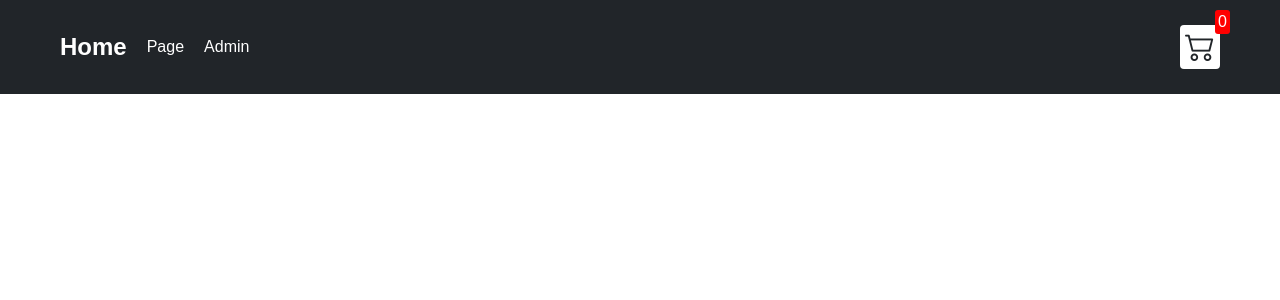
Repository: ducdatit2002/Capstone-management-product
Page: customer/views/index.html
The author's editor kept a copy of each file at every save. The page is drawn from the files as they stood at one save, then again after the next save.
The browser window is 1280 px wide. The pictures show the whole page.

Above is the page before, as saved 2023-10-26 16:48:16.

After the next save:
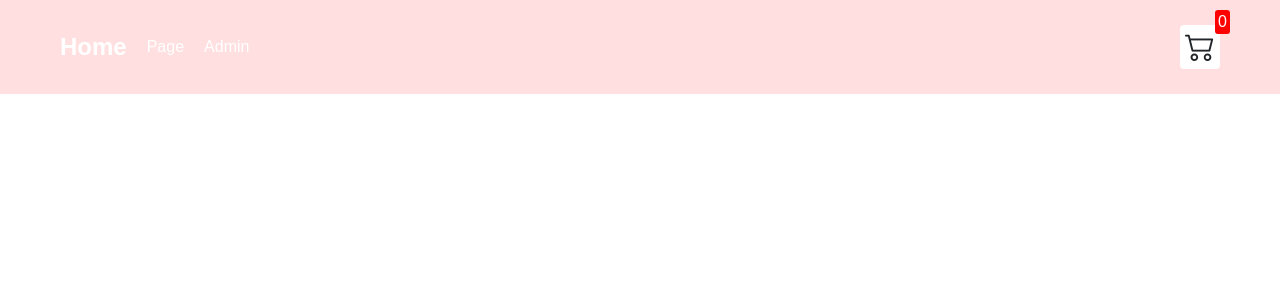
Saved 12 s later.
--- a/assets/customer.css
+++ b/assets/customer.css
@@ -29,7 +29,7 @@ NAVBAR
   display: flex;
   flex-direction: row;
   justify-content: space-between;
-  background-color: #212529;
+  background-color: #FFDFDF;
   color: white;
   padding: 25px 60px;
   margin-bottom: 30px;
